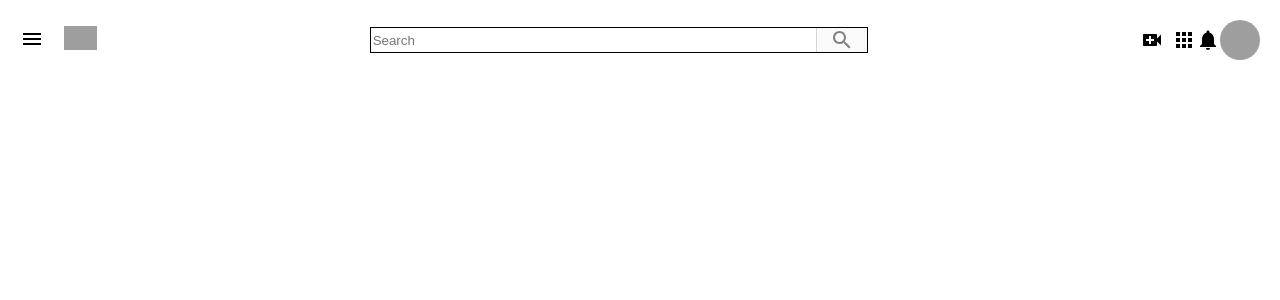
Repository: SubhashiniSundaresan/youtube-clone
Page: /
These files come from the project's save history. The page is drawn as it stood at one moment and after the next save; the edit follows.
The browser window is 1280 px wide. The pictures show the whole page.
Pictures or frames that could not be fetched are drawn as grey boxes. The project was rebuilt for these pictures with package versions that can differ from the ones it lists, and the page was loaded fresh each time. Also part of the build but not shown: src/App.css.

Above is the page before, as saved 2020-12-23 14:55:23.

### src/App.js
import "./App.css";
import Header from "./Header";

function App() {
  return (
    <div className='app'>
      <Header />
    </div>
  );
}

export default App;

### src/Header.js
import React from "react";
import MenuIcon from "@material-ui/icons/Menu";
import SearchIcon from "@material-ui/icons/Menu";
import { Apps, Notifications, Search, VideoCall } from "@material-ui/icons";
import { Avatar } from "@material-ui/core";
import "./Header.css";
function Header() {
  return (
    <div className='header'>
      <div className='header__left'>
        <MenuIcon />
        <img
          className='header__logo'
          src='https://upload.wikimedia.org/wikipedia/commons/thumb/a/af/Youtube.png/320px-Youtube.png'
          alt=''></img>
      </div>

      <div className='header__input'>
        <input placeholder='Search' type='text'></input>
        <Search className='header__inputButton' />
      </div>
      <div className='header__icons'>
        <VideoCall className='header__icon' />
        <Apps />
        <Notifications />
        <Avatar
          alt='subhashini'
          src='https://yt3.ggpht.com/yti/ANoDKi4bv7sfd1_sBv-rZAj3JLY49-VUpVyAS2WmagLTqA=s108-c-k-c0x00ffffff-no-rj'
        />
      </div>
    </div>
  );
}

export default Header;

### src/Header.css
.header {
    display: flex;
align-items: center;
justify-content: space-between;
padding: 20px;
position: sticky;
top: 0;
z-index:100;
background-color: white;
}

.header__logo {
    height: 25px;
    object-fit: contain;
    margin-left: 20px;

}

.header__icons {
    display: flex;
align-items: center;


}

.header__input {
    display: flex;
align-items: center;
border: 1px solid black;
width: 40%;
}


.header__inputButton {
    width: 50px !important;
    background-color: #fafafa;
    border-left: 1px solid lightgray;
    color: gray;
}

.header__input > input {
    flex:1;
    border: none;
}

.header__icon {
    margin-right: 8px;
}

Loaded but not shown: public/index.html (common file); src/index.js (common file); src/index.css (common file); src/reportWebVitals.js (common file)

After the next save:
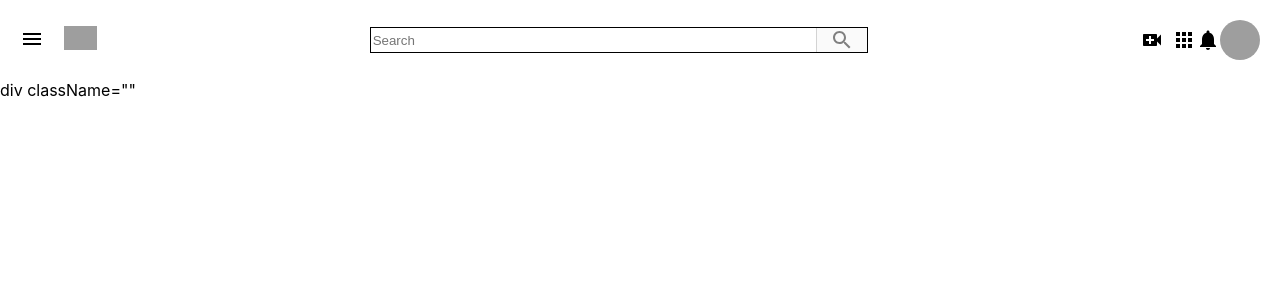
Saved 111 s later.
--- a/src/App.js
+++ b/src/App.js
@@ -5,6 +5,7 @@
   return (
     <div className='app'>
       <Header />
+      div className=""
     </div>
   );
 }

After the save that followed:
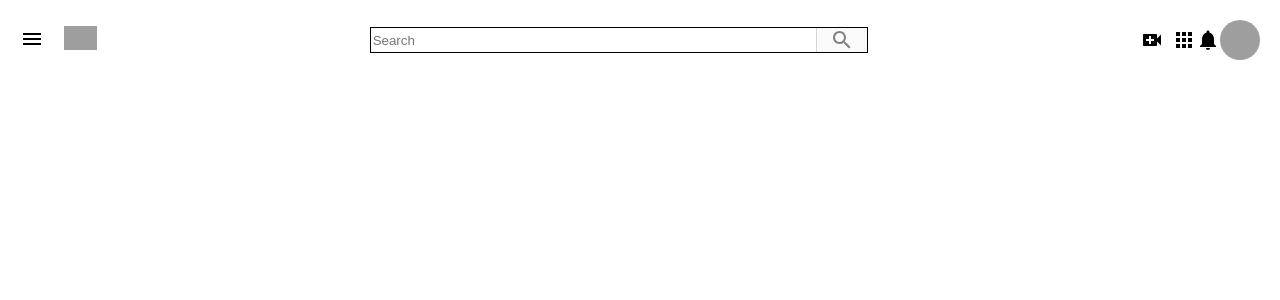
Saved 16 s later.
--- a/src/App.js
+++ b/src/App.js
@@ -5,7 +5,7 @@
   return (
     <div className='app'>
       <Header />
-      div className=""
+      <div className='app__page'></div>
     </div>
   );
 }
